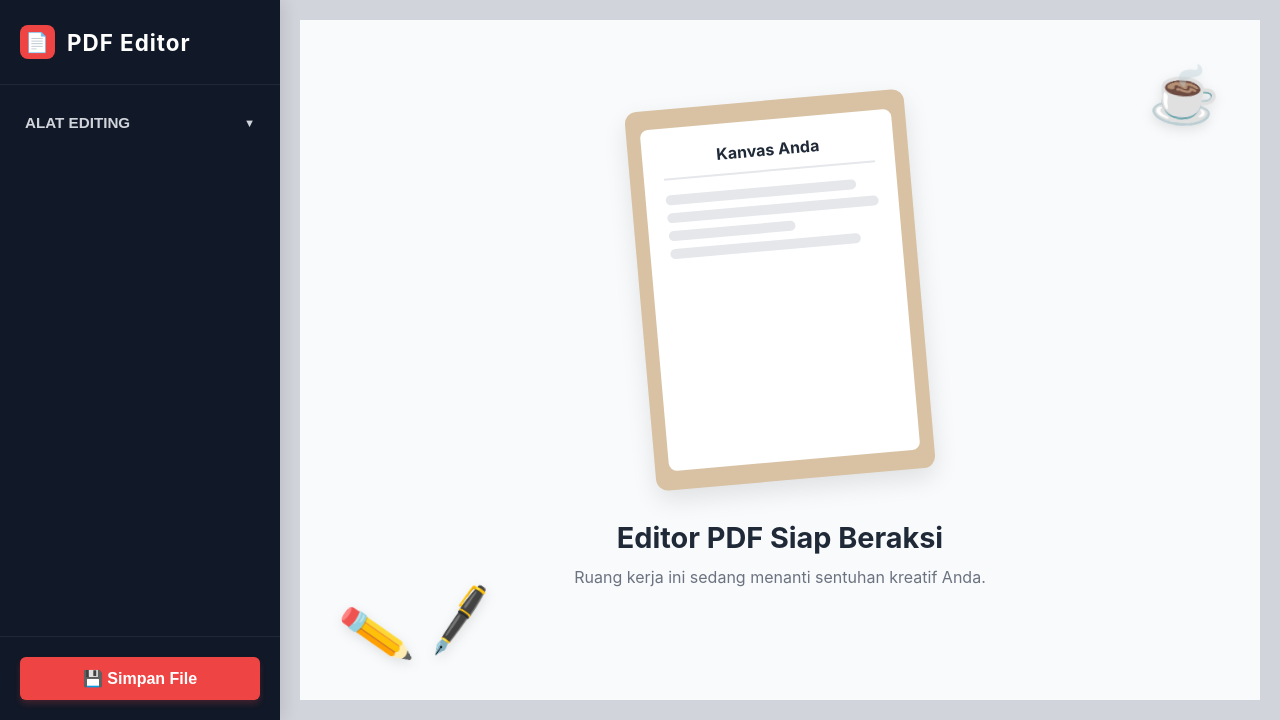
Repository: IkhsanMoekhtar/pdf_editor
Page: /
The author's editor kept a copy of each file at every save. The page is drawn from the files as they stood at one save, then again after the next save.
The browser window is 1280 px wide. The pictures show the whole page.
The project was rebuilt for these pictures with package versions that can differ from the ones it lists, and the page was loaded fresh each time. Also part of the build but not shown: vite.config.js.

Above is the page before, as saved 2026-03-18 05:17:00.

### index.html
<!doctype html>
<html lang="en">
  <head>
    <meta charset="UTF-8" />
    <link rel="icon" type="image/svg+xml" href="/favicon.svg" />
    <meta name="viewport" content="width=device-width, initial-scale=1.0" />
    <title>frontend-pdf</title>
  </head>
  <body>
    <div id="root"></div>
    <script type="module" src="/src/main.jsx"></script>
  </body>
</html>

### src/index.css
/* --- CSS RESET GLOBAL --- */

/* Tanda bintang (*) artinya menerapkan aturan ini ke SEMUA elemen di website */
* {
  margin: 0;
  padding: 0;
  box-sizing: border-box; /* Memastikan padding tidak menambah lebar elemen */
}

/* Memaksa elemen dasar website untuk mengambil 100% layar tanpa sisa */
html, body, #root {
  width: 100%;
  height: 100%;
  background-color: #f3f4f6; /* Warna latar belakang aplikasi kita */
}

/* Menghilangkan font default yang kaku */
body {
  font-family: Inter, system-ui, Avenir, Helvetica, Arial, sans-serif;
  -webkit-font-smoothing: antialiased;
}

### src/App.jsx
import React, { useState, useRef } from 'react';
// 1. Impor komponen dari react-pdf
import { Document, Page, pdfjs } from 'react-pdf';
import './App.css';

// 2. Konfigurasi Worker PDF.js (Wajib agar proses baca PDF tidak membuat browser lag)
pdfjs.GlobalWorkerOptions.workerSrc = `//unpkg.com/pdfjs-dist@${pdfjs.version}/build/pdf.worker.min.js`;

function App() {
  const [pdfFile, setPdfFile] = useState(null);
  const [activeTool, setActiveTool] = useState(null);
  const fileInputRef = useRef(null);
  const [expandedMenu, setExpandedMenu] = useState(null);

  // --- STATE BARU UNTUK CUSTOM VIEWER ---
  const [numPages, setNumPages] = useState(null);
  const [pageNumber, setPageNumber] = useState(1);

  const handleFileUpload = (event) => {
    const file = event.target.files[0];
    if (file && file.type === 'application/pdf') {
      setPdfFile(URL.createObjectURL(file));
      setPageNumber(1); // Reset ke halaman 1 saat file baru diunggah
    } else {
      alert("Mohon unggah file dengan format PDF.");
    }
  };

  // Fungsi saat dokumen PDF berhasil dibaca oleh mesin
  const onDocumentLoadSuccess = ({ numPages }) => {
    setNumPages(numPages);
  };

  // Fungsi ganti halaman
  const changePage = (offset) => {
    setPageNumber(prevPageNumber => prevPageNumber + offset);
  };

  const handleToolClick = (toolName) => {
    setActiveTool(toolName);
    if (toolName === 'save') alert("Mempersiapkan data!");
  };

  const triggerUpload = () => fileInputRef.current.click();
  const toggleMenu = (menuName) => setExpandedMenu(expandedMenu === menuName ? null : menuName);

  return (
    <div className="app-container">

      {/* ... (KODE SIDEBAR TETAP SAMA SEPERTI SEBELUMNYA) ... */}
      <aside className="main-sidebar">
        <div className="brand">
          <span className="brand-icon">📄</span>
          <strong>PDF Editor</strong>
        </div>

        <nav className="sidebar-nav">
          <div className={`nav-group ${expandedMenu === 'tools' ? 'expanded' : ''}`}>
            <button className="nav-item has-arrow" onClick={() => toggleMenu('tools')}>
              ALAT EDITING <span className="arrow">▼</span>
            </button>
            <div className="submenu">
              <button className={`submenu-btn ${activeTool === 'text' ? 'active' : ''}`} onClick={() => handleToolClick('text')}>
                <span className="doc-icon icon-pdf">T</span> Tambah Teks
              </button>
              <button className={`submenu-btn ${activeTool === 'draw' ? 'active' : ''}`} onClick={() => handleToolClick('draw')}>
                <span className="doc-icon icon-pdf">C</span> Coretan Bebas
              </button>
            </div>
          </div>
        </nav>

        <div className="sidebar-footer">
          <button className="save-btn" onClick={() => handleToolClick('save')}>💾 Simpan File</button>
        </div>
      </aside>
      {/* ... (BATAS KODE SIDEBAR) ... */}

      {/* --- AREA KERJA UTAMA --- */}
      <main className="workspace">
        <div className="viewer-container" style={{ flexDirection: 'column', overflowY: 'auto', padding: '20px' }}>

          {pdfFile ? (
            // --- CUSTOM PDF VIEWER KITA ---
            <div className="custom-pdf-viewer">

              {/* Kontrol Halaman Kustom */}
              <div className="pdf-controls" style={{ marginBottom: '15px', display: 'flex', gap: '15px', alignItems: 'center', backgroundColor: 'white', padding: '10px 20px', borderRadius: '8px', boxShadow: '0 2px 5px rgba(0,0,0,0.1)' }}>
                <button
                  onClick={() => changePage(-1)}
                  disabled={pageNumber <= 1}
                  style={{ padding: '8px 12px', cursor: 'pointer' }}
                >
                  ◀ Sebelumnya
                </button>
                <span style={{ fontWeight: 'bold' }}>
                  Halaman {pageNumber} dari {numPages || '--'}
                </span>
                <button
                  onClick={() => changePage(1)}
                  disabled={pageNumber >= numPages}
                  style={{ padding: '8px 12px', cursor: 'pointer' }}
                >
                  Selanjutnya ▶
                </button>
              </div>

              {/* Area Render Kertas PDF (Menjadi Canvas) */}
              <div className="pdf-paper" style={{ boxShadow: '0 10px 30px rgba(0,0,0,0.15)' }}>
                <Document
                  file={pdfFile}
                  onLoadSuccess={onDocumentLoadSuccess}
                  loading={<div style={{ padding: '50px' }}>Memuat dokumen...</div>}
                >
                  {/* renderTextLayer={false} dan renderAnnotationLayer={false} mematikan seleksi teks bawaan agar lebih bersih untuk diedit */}
                  <Page
                    pageNumber={pageNumber}
                    renderTextLayer={false}
                    renderAnnotationLayer={false}
                    scale={1.2} // Mengatur ukuran zoom kertas
                  />
                </Document>
              </div>

            </div>
          ) : (
            // --- AREA KOSONG (KLIK UNTUK UPLOAD) ---
            <div className="empty-state desktop-scene" onClick={triggerUpload} style={{ width: '100%', height: '100%' }}>
              <input type="file" accept="application/pdf" style={{ display: 'none' }} ref={fileInputRef} onChange={handleFileUpload} />

              <div className="clipboard">
                <div className="clipboard-paper">
                  <div className="clipboard-header">Kanvas Anda</div>
                  <div className="clipboard-content">
                    <div className="empty-line large"></div>
                    <div className="empty-line"></div>
                    <div className="empty-line medium"></div>
                    <div className="empty-line large"></div>
                  </div>
                </div>
              </div>

              <div className="desk-item coffee-cup">☕️</div>
              <div className="desk-item pens">✏️ 🖋️</div>

              <div className="message-container">
                <h3>Editor PDF Siap Beraksi</h3>
                <p>Ruang kerja ini sedang menanti sentuhan kreatif Anda.</p>
              </div>
            </div>
          )}
        </div>
      </main>
    </div>
  );
}

export default App;

Loaded but not shown: src/main.jsx (common file); src/App.css (265 lines, source omitted)

After the next save:
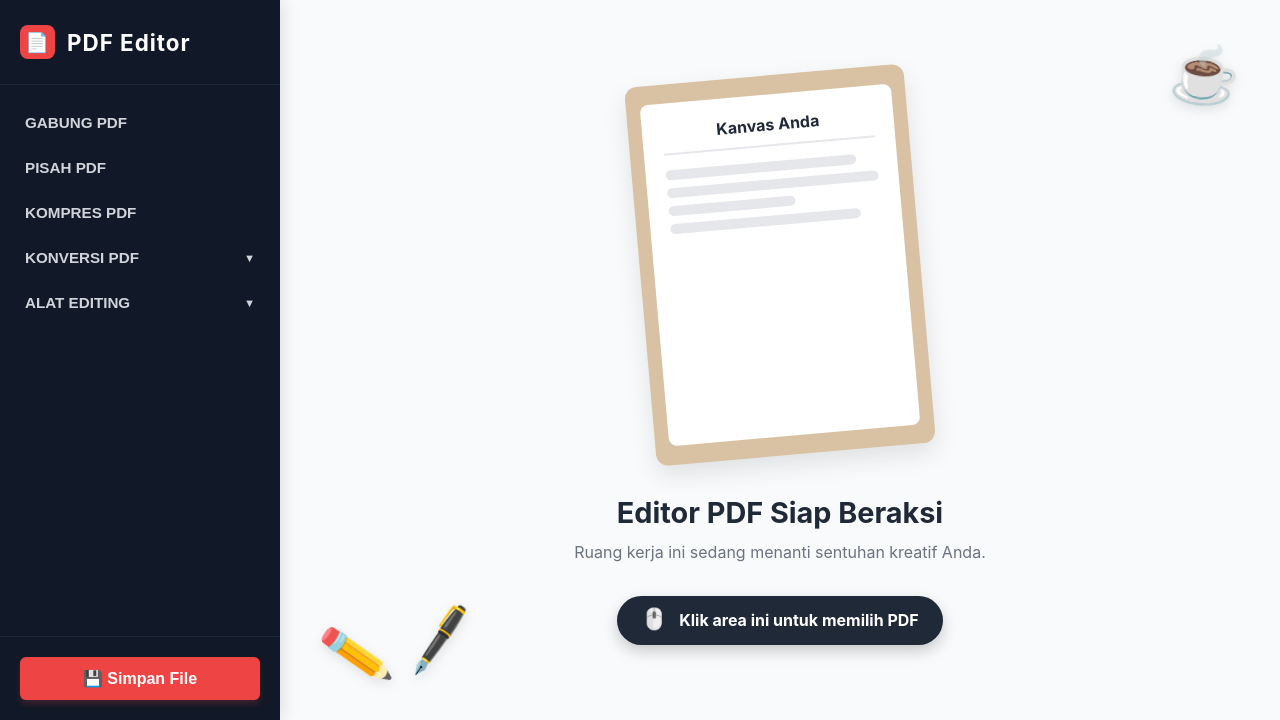
Saved 2 min 36 s later.
--- a/src/App.jsx
+++ b/src/App.jsx
@@ -1,18 +1,17 @@
 import React, { useState, useRef } from 'react';
-// 1. Impor komponen dari react-pdf
 import { Document, Page, pdfjs } from 'react-pdf';
 import './App.css';
 
-// 2. Konfigurasi Worker PDF.js (Wajib agar proses baca PDF tidak membuat browser lag)
 pdfjs.GlobalWorkerOptions.workerSrc = `//unpkg.com/pdfjs-dist@${pdfjs.version}/build/pdf.worker.min.js`;
 
 function App() {
   const [pdfFile, setPdfFile] = useState(null);
   const [activeTool, setActiveTool] = useState(null);
   const fileInputRef = useRef(null);
+
+  // State baru untuk mengatur menu dropdown di sidebar
   const [expandedMenu, setExpandedMenu] = useState(null);
 
-  // --- STATE BARU UNTUK CUSTOM VIEWER ---
   const [numPages, setNumPages] = useState(null);
   const [pageNumber, setPageNumber] = useState(1);
 
@@ -20,7 +19,7 @@
     const file = event.target.files[0];
     if (file && file.type === 'application/pdf') {
       setPdfFile(URL.createObjectURL(file));
-      setPageNumber(1); // Reset ke halaman 1 saat file baru diunggah
+      setPageNumber(1);
     } else {
       alert("Mohon unggah file dengan format PDF.");
     }
@@ -47,7 +46,7 @@
   return (
     <div className="app-container">
 
-      {/* ... (KODE SIDEBAR TETAP SAMA SEPERTI SEBELUMNYA) ... */}
+      {/* --- SIDEBAR UTAMA --- */}
       <aside className="main-sidebar">
         <div className="brand">
           <span className="brand-icon">📄</span>
@@ -55,6 +54,31 @@
         </div>
 
         <nav className="sidebar-nav">
+          <button className="nav-item">GABUNG PDF</button>
+          <button className="nav-item">PISAH PDF</button>
+          <button className="nav-item">KOMPRES PDF</button>
+
+          {/* Grup Menu: KONVERSI PDF */}
+          <div className={`nav-group ${expandedMenu === 'convert' ? 'expanded' : ''}`}>
+            <button className="nav-item has-arrow" onClick={() => toggleMenu('convert')}>
+              KONVERSI PDF <span className="arrow">▼</span>
+            </button>
+            <div className="submenu">
+              <div className="submenu-title">KE PDF</div>
+              <button className="submenu-btn"><span className="doc-icon icon-jpg">J</span> JPG ke PDF</button>
+              <button className="submenu-btn"><span className="doc-icon icon-word">W</span> WORD ke PDF</button>
+              <button className="submenu-btn"><span className="doc-icon icon-ppt">P</span> PPT ke PDF</button>
+              <button className="submenu-btn"><span className="doc-icon icon-excel">X</span> EXCEL ke PDF</button>
+
+              <div className="submenu-title" style={{ marginTop: '10px' }}>DARI PDF</div>
+              <button className="submenu-btn"><span className="doc-icon icon-jpg">J</span> PDF ke JPG</button>
+              <button className="submenu-btn"><span className="doc-icon icon-word">W</span> PDF ke WORD</button>
+              <button className="submenu-btn"><span className="doc-icon icon-ppt">P</span> PDF ke PPT</button>
+              <button className="submenu-btn"><span className="doc-icon icon-excel">X</span> PDF ke EXCEL</button>
+            </div>
+          </div>
+
+          {/* Grup Menu: ALAT EDIT */}
           <div className={`nav-group ${expandedMenu === 'tools' ? 'expanded' : ''}`}>
             <button className="nav-item has-arrow" onClick={() => toggleMenu('tools')}>
               ALAT EDITING <span className="arrow">▼</span>
@@ -66,66 +90,28 @@
               <button className={`submenu-btn ${activeTool === 'draw' ? 'active' : ''}`} onClick={() => handleToolClick('draw')}>
                 <span className="doc-icon icon-pdf">C</span> Coretan Bebas
               </button>
+              <button className={`submenu-btn ${activeTool === 'highlight' ? 'active' : ''}`} onClick={() => handleToolClick('highlight')}>
+                <span className="doc-icon icon-pdf">H</span> Highlight Area
+              </button>
             </div>
           </div>
         </nav>
 
+        {/* Tombol Simpan selalu berada di bawah */}
         <div className="sidebar-footer">
-          <button className="save-btn" onClick={() => handleToolClick('save')}>💾 Simpan File</button>
+          <button className="save-btn" onClick={() => handleToolClick('save')}>
+            💾 Simpan File
+          </button>
         </div>
       </aside>
-      {/* ... (BATAS KODE SIDEBAR) ... */}
 
       {/* --- AREA KERJA UTAMA --- */}
       <main className="workspace">
-        <div className="viewer-container" style={{ flexDirection: 'column', overflowY: 'auto', padding: '20px' }}>
-
+        <div className="viewer-container">
           {pdfFile ? (
-            // --- CUSTOM PDF VIEWER KITA ---
-            <div className="custom-pdf-viewer">
-
-              {/* Kontrol Halaman Kustom */}
-              <div className="pdf-controls" style={{ marginBottom: '15px', display: 'flex', gap: '15px', alignItems: 'center', backgroundColor: 'white', padding: '10px 20px', borderRadius: '8px', boxShadow: '0 2px 5px rgba(0,0,0,0.1)' }}>
-                <button
-                  onClick={() => changePage(-1)}
-                  disabled={pageNumber <= 1}
-                  style={{ padding: '8px 12px', cursor: 'pointer' }}
-                >
-                  ◀ Sebelumnya
-                </button>
-                <span style={{ fontWeight: 'bold' }}>
-                  Halaman {pageNumber} dari {numPages || '--'}
-                </span>
-                <button
-                  onClick={() => changePage(1)}
-                  disabled={pageNumber >= numPages}
-                  style={{ padding: '8px 12px', cursor: 'pointer' }}
-                >
-                  Selanjutnya ▶
-                </button>
-              </div>
-
-              {/* Area Render Kertas PDF (Menjadi Canvas) */}
-              <div className="pdf-paper" style={{ boxShadow: '0 10px 30px rgba(0,0,0,0.15)' }}>
-                <Document
-                  file={pdfFile}
-                  onLoadSuccess={onDocumentLoadSuccess}
-                  loading={<div style={{ padding: '50px' }}>Memuat dokumen...</div>}
-                >
-                  {/* renderTextLayer={false} dan renderAnnotationLayer={false} mematikan seleksi teks bawaan agar lebih bersih untuk diedit */}
-                  <Page
-                    pageNumber={pageNumber}
-                    renderTextLayer={false}
-                    renderAnnotationLayer={false}
-                    scale={1.2} // Mengatur ukuran zoom kertas
-                  />
-                </Document>
-              </div>
-
-            </div>
+            <iframe src={pdfFile} width="100%" height="100%" title="PDF Viewer" style={{ border: 'none' }} />
           ) : (
-            // --- AREA KOSONG (KLIK UNTUK UPLOAD) ---
-            <div className="empty-state desktop-scene" onClick={triggerUpload} style={{ width: '100%', height: '100%' }}>
+            <div className="empty-state desktop-scene" onClick={triggerUpload}>
               <input type="file" accept="application/pdf" style={{ display: 'none' }} ref={fileInputRef} onChange={handleFileUpload} />
 
               <div className="clipboard">
@@ -147,6 +133,10 @@
                 <h3>Editor PDF Siap Beraksi</h3>
                 <p>Ruang kerja ini sedang menanti sentuhan kreatif Anda.</p>
               </div>
+
+              <div className="start-hint-pil">
+                <span className="bouncy-arrow">🖱️</span> Klik area ini untuk memilih PDF
+              </div>
             </div>
           )}
         </div>

After the save that followed:
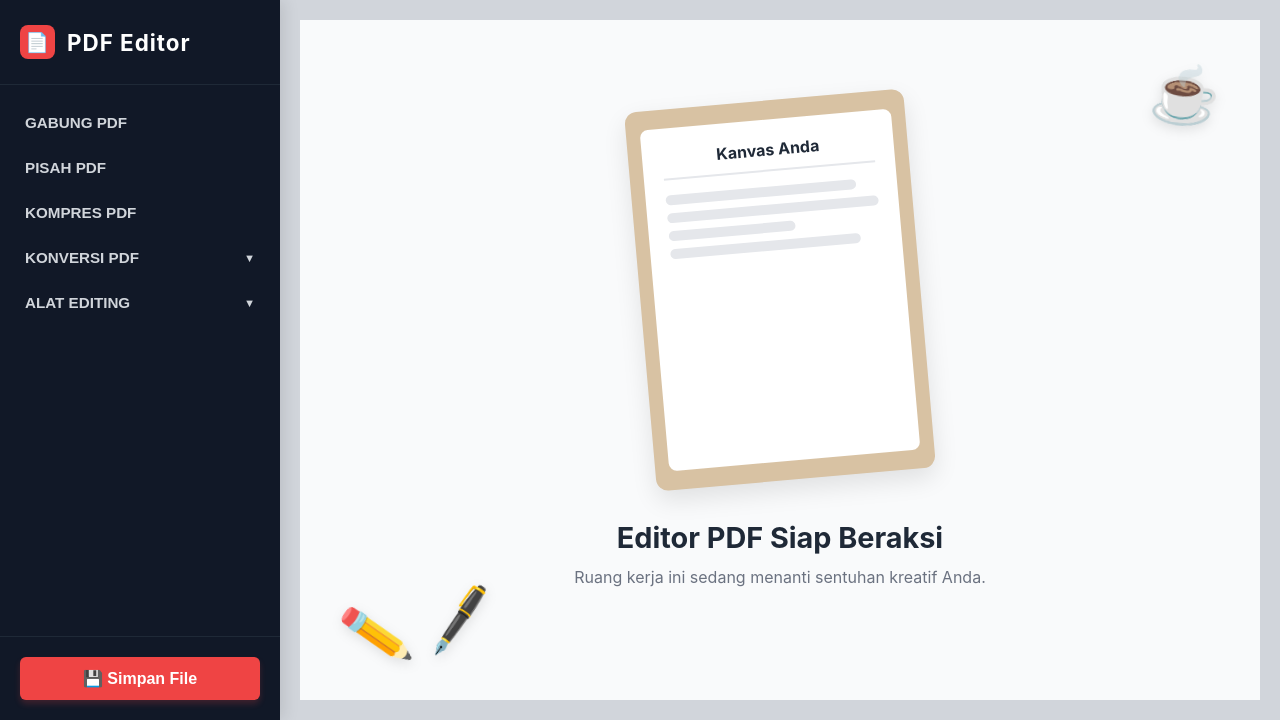
Saved 2 min 21 s later.
--- a/src/App.jsx
+++ b/src/App.jsx
@@ -107,11 +107,54 @@
 
       {/* --- AREA KERJA UTAMA --- */}
       <main className="workspace">
-        <div className="viewer-container">
+        <div className="viewer-container" style={{ flexDirection: 'column', overflowY: 'auto', padding: '20px' }}>
+
           {pdfFile ? (
-            <iframe src={pdfFile} width="100%" height="100%" title="PDF Viewer" style={{ border: 'none' }} />
+            // --- CUSTOM PDF VIEWER KITA ---
+            <div className="custom-pdf-viewer">
+
+              {/* Kontrol Halaman Kustom */}
+              <div className="pdf-controls" style={{ marginBottom: '15px', display: 'flex', gap: '15px', alignItems: 'center', backgroundColor: 'white', padding: '10px 20px', borderRadius: '8px', boxShadow: '0 2px 5px rgba(0,0,0,0.1)' }}>
+                <button
+                  onClick={() => changePage(-1)}
+                  disabled={pageNumber <= 1}
+                  style={{ padding: '8px 12px', cursor: 'pointer' }}
+                >
+                  ◀ Sebelumnya
+                </button>
+                <span style={{ fontWeight: 'bold' }}>
+                  Halaman {pageNumber} dari {numPages || '--'}
+                </span>
+                <button
+                  onClick={() => changePage(1)}
+                  disabled={pageNumber >= numPages}
+                  style={{ padding: '8px 12px', cursor: 'pointer' }}
+                >
+                  Selanjutnya ▶
+                </button>
+              </div>
+
+              {/* Area Render Kertas PDF (Menjadi Canvas) */}
+              <div className="pdf-paper" style={{ boxShadow: '0 10px 30px rgba(0,0,0,0.15)' }}>
+                <Document
+                  file={pdfFile}
+                  onLoadSuccess={onDocumentLoadSuccess}
+                  loading={<div style={{ padding: '50px' }}>Memuat dokumen...</div>}
+                >
+                  {/* renderTextLayer={false} dan renderAnnotationLayer={false} mematikan seleksi teks bawaan agar lebih bersih untuk diedit */}
+                  <Page
+                    pageNumber={pageNumber}
+                    renderTextLayer={false}
+                    renderAnnotationLayer={false}
+                    scale={1.2} // Mengatur ukuran zoom kertas
+                  />
+                </Document>
+              </div>
+
+            </div>
           ) : (
-            <div className="empty-state desktop-scene" onClick={triggerUpload}>
+            // --- AREA KOSONG (KLIK UNTUK UPLOAD) ---
+            <div className="empty-state desktop-scene" onClick={triggerUpload} style={{ width: '100%', height: '100%' }}>
               <input type="file" accept="application/pdf" style={{ display: 'none' }} ref={fileInputRef} onChange={handleFileUpload} />
 
               <div className="clipboard">
@@ -133,10 +176,6 @@
                 <h3>Editor PDF Siap Beraksi</h3>
                 <p>Ruang kerja ini sedang menanti sentuhan kreatif Anda.</p>
               </div>
-
-              <div className="start-hint-pil">
-                <span className="bouncy-arrow">🖱️</span> Klik area ini untuk memilih PDF
-              </div>
             </div>
           )}
         </div>
